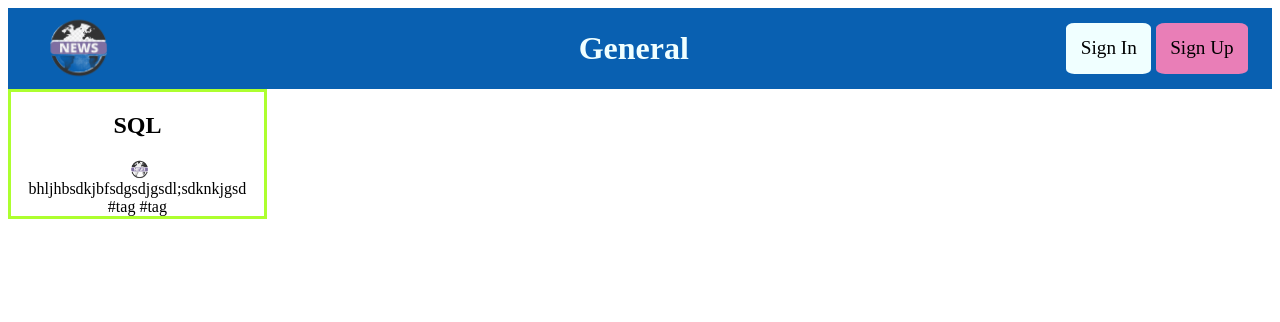
Repository: Batyr2024/NewsSite-Frontend-React-Redux-
Page: /
The author's editor kept a copy of each file at every save. The page is drawn from the files as they stood at one save, then again after the next save.
The browser window is 1280 px wide. The pictures show the whole page.
The project was rebuilt for these pictures with package versions that can differ from the ones it lists, and the page was loaded fresh each time. Also part of the build but not shown: src/App.css.

Above is the page before, as saved 2024-05-20 16:15:52.

### src/App.tsx
import { NavBarDefault } from './components/NavBar/nav-bar.component';
import './App.css';
import PostComponent from './components/Post/post.component';

function App() {
  return (
    <div className="App">
      <NavBarDefault/>
      <PostComponent/>
    </div>
  );
}

export default App;

### src/components/NavBar/nav-bar.component.tsx
import './nav-bar.style.css'
function NavBarDefault() {
    return (
        <header className="nav-bar">
            <div className="general-page">
                <img src={require('../../assets/news-icon.png')}></img>
            </div>
            <h1>General</h1>
            <div className="sign-panel">
                <span className="sign-in">Sign In</span>
                <span className="sign-up">Sign Up</span>
            </div>
        </header>
    )
}

export { NavBarDefault }

### src/components/Post/post.component.tsx
import './post.style.css'

function PostComponent(){
    return(
        <div className="post">
        <header className="post__head"><h2>SQL</h2></header>
        <img src={require('../../assets/news-icon.png')}/>
        <div className="post__text">bhljhbsdkjbfsdgsdjgsdl;sdknkjgsd</div>
        <div className="post__tags">#tag #tag</div>
        </div>
    )
}

export default PostComponent;

### src/components/NavBar/nav-bar.style.css
body{
  padding: 0%;
}

.nav-bar{
    margin: 0%;
    position: relative;
    display: flex;
    background-color: rgb(9, 96, 177);
    align-items: center;
    justify-content: space-between;
  }

  .sign-panel{
    display: flex;
    white-space: nowrap;
    margin:1%;
    margin-right: 7%;
  }

  .sign-panel>div{
    width: max-content;

  }

  h1{
    display: inline-block;
    position: relative;
    transform: translate(50% 50%);
    right: 25%;
    color: azure;

  }

  .sign-up{
    background-color: rgb(233, 126, 183);
  }

  span{
    margin: 2%;
    text-wrap: nowrap;
    font-size: 120%;
    border-radius: 10%;
    background-color: azure;
    word-wrap: nowrap;
    padding: 12%;
  }

  img{
    margin-left: 3%;
    width: 12%;
    height: 12%;

  }

### src/components/Post/post.style.css
.post{
    display: flex;
    flex-direction: column;
    justify-content: center;
    align-items: center;
    border: solid greenyellow;
    width: 20%;
}
.post__head{
    display: flex;
    justify-content: center;
}
.post__image{

}
.post__text{

}
.post__tags{

}

Loaded but not shown: public/index.html (common file); src/index.tsx (common file); src/reportWebVitals.ts (common file); src/index.css (no stored copy; drawn as an empty file)

After the next save:
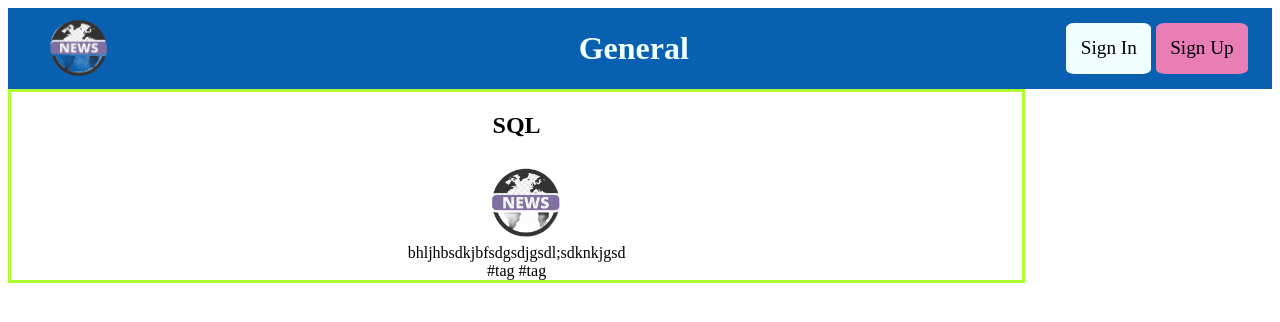
Saved 6 s later.
--- a/src/components/Post/post.style.css
+++ b/src/components/Post/post.style.css
@@ -4,7 +4,7 @@
     justify-content: center;
     align-items: center;
     border: solid greenyellow;
-    width: 20%;
+    width: 80%;
 }
 .post__head{
     display: flex;
